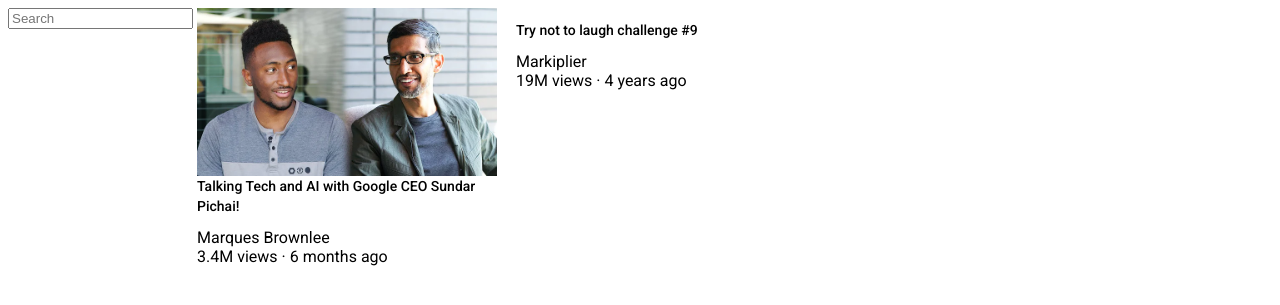
Repository: knowledgeAlan/html-css-ten
Page: youtube.html
These files come from the project's save history. The page is drawn as it stood at one moment and after the next save; the edit follows.
The browser window is 1280 px wide. The pictures show the whole page.

Above is the page before, as saved 2024-03-07 18:15:37.

After the next save:
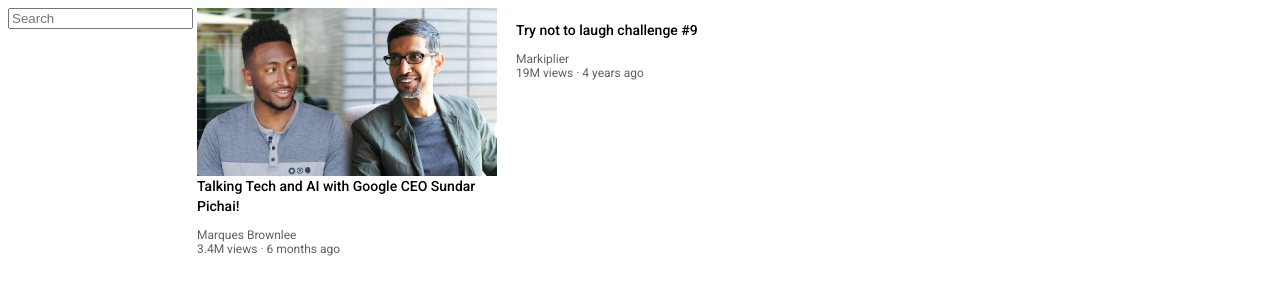
Saved 43 s later.
--- a/youtube.html
+++ b/youtube.html
@@ -51,6 +51,11 @@
             margin-bottom: 12px;
         }
 
+        .video-author,.video-stats {
+            font-size: 12px;
+            color: rgb(96, 96, 96);
+        }
+
     </style>
 
     <body>
